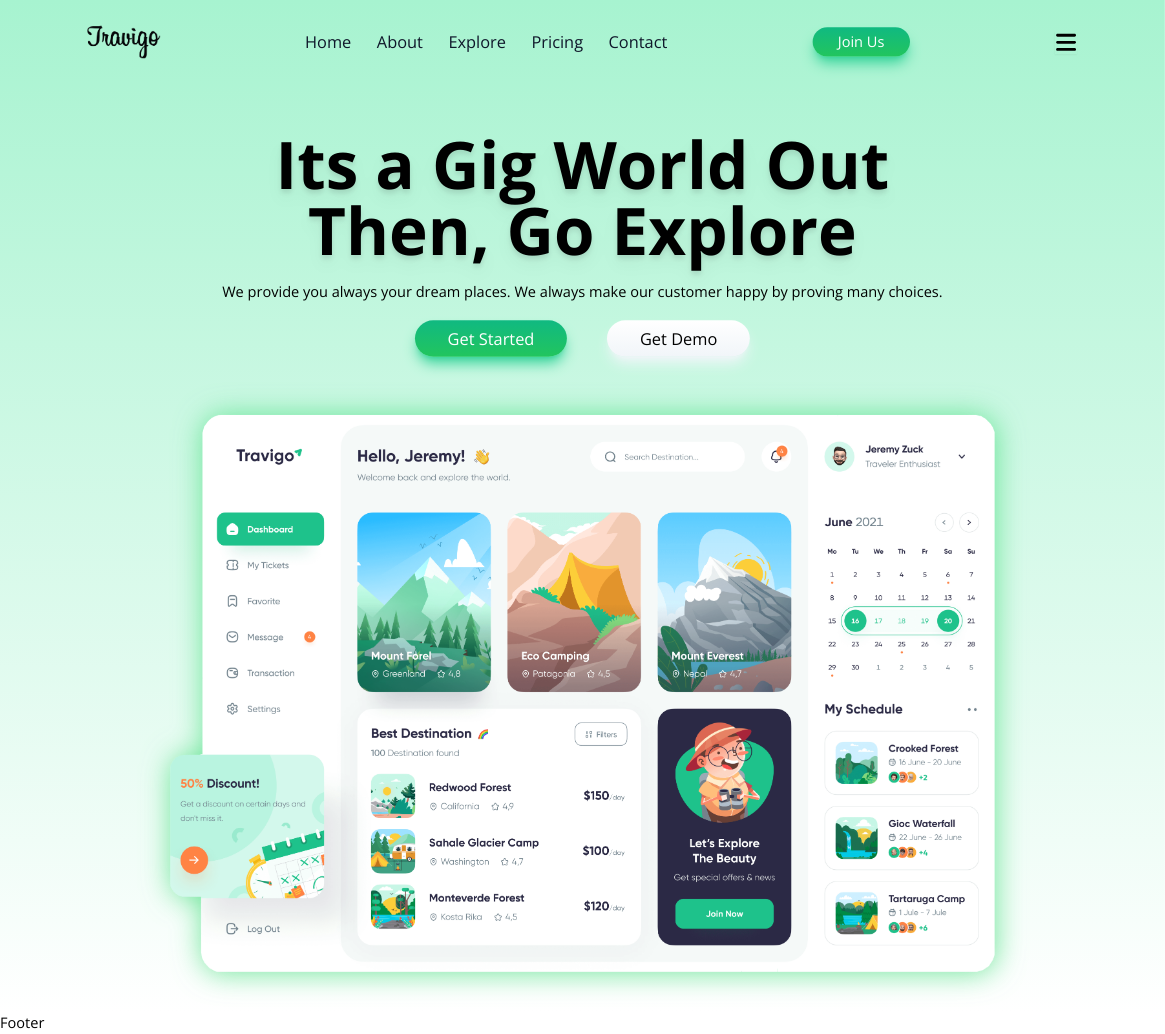
Repository: ThiAlbani83/travigo-travel-app
Page: /
These files come from the project's save history. The page is drawn as it stood at one moment and after the next save; the edit follows.
The browser window is 1280 px wide. The pictures show the whole page, at 91% of full size.
The project was rebuilt for these pictures with package versions that can differ from the ones it lists, and the page was loaded fresh each time. Also part of the build but not shown: vite.config.js.

Above is the page before, as saved 2023-03-20 23:49:37.

After the next save:
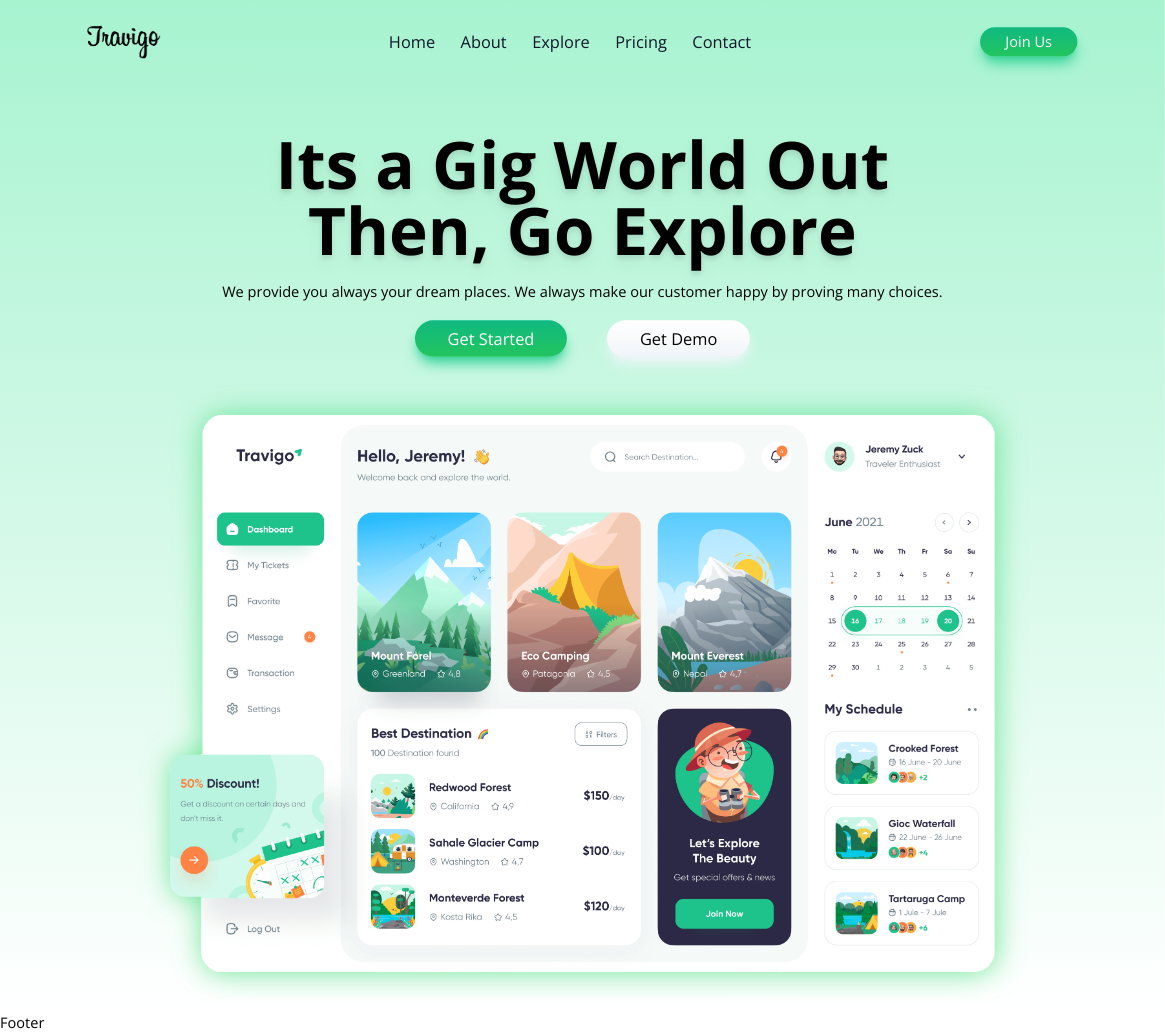
Saved 23 s later.
--- a/src/components/Navbar.jsx
+++ b/src/components/Navbar.jsx
@@ -21,7 +21,7 @@
           <ul className='flex items-center lg:hidden'>
             <li><button type='button' className='button-emerald px-7 text-base py-1'>Join Us</button></li>
           </ul>
-          <ul>
+          <ul className='hidden'>
             <li>
               <button type='button' className='flex items-center justify-center'>
               <img src={menu} alt="menu/svg" className='object-cover shadow-sm filter'/>
